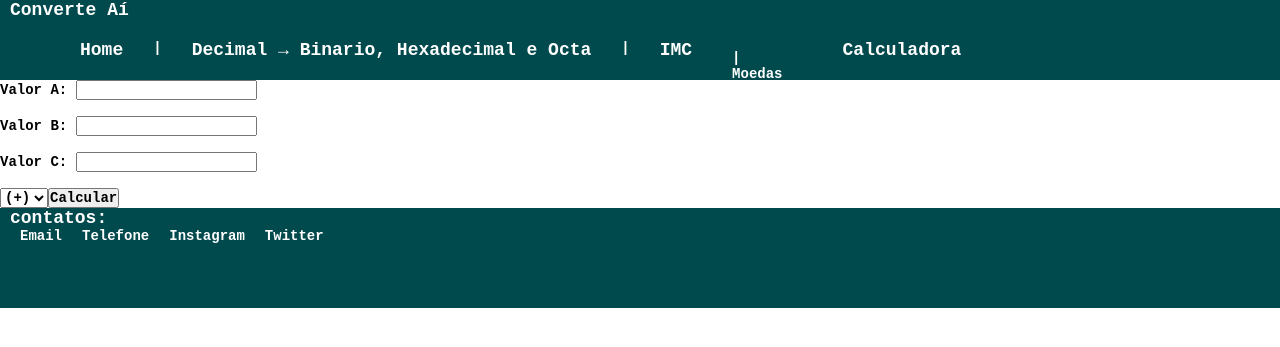
Repository: Frav1u/converteai
Page: ConverteAi/src/main/webapp/META-INF/calculadora.html
An editor plug-in stored every save of this project. The page is shown before and after the next save, followed by the edit.
The browser window is 1280 px wide. The pictures show the whole page.
Some web fonts or font styles are not loaded; a fallback is used.

Above is the page before, as saved 2023-09-30 23:14:16.

### ConverteAi/src/main/webapp/META-INF/calculadora.html
<!DOCTYPE html>
<html>
<head>
	<meta charset="UTF-8">
<title>Decimal Para Binario</title>
<link href="https://fonts.googleapis.com/css2?family=Inter:wght@400;700&family=Space+Mono:wght@400;700&display=swap"
        rel="stylesheet">
    <link rel="stylesheet" href="style.css">
</head>
<body>
		<header>
		<a>Converte Aí</a>
		<nav>
			<ul class="menu">
				<li><a href="home.html">Home</a></li>
				<li>  |  </li>
				<li><a href="decimalParaBinario.html">Decimal → Binario, Hexadecimal e Octa</a></li>
				<li>  |  </li>
				<li><a href="imc.html">IMC</></li>
				<li>  |  </li>
				<li>Moedas</li>
				<li>  |  </li>
				<li><a href="calculadora.html">Calculadora</a></li>
			</ul>
		</nav>
	</header>

	<form action= "Resultado.jsp" method = "get">

		<label>Valor A: </label>
		<input type="text" name="ValorA"><br>
		<br>
		<label>Valor B: </label>
		<input type="text" name="ValorB"><br>
		<br>
		<label>Valor C: </label>
		<input type="text" name="ValorC"><br>
		<br>
	<select name = "opcao"> <br>
    <option value = "+">(+)</option>
    <option value = "-">(-)</option>
    <option value = "*">(*)</option>
   		 <option value = "/">(/)</option>

		</select><input type="Submit" value="Calcular">


	<footer>
		<a>contatos: </a>
		<ul class="contatos">
			<li>Email</li>
			<li>Telefone</li>
			<li>Instagram</li>
			<li>Twitter</li>
		</ul>

	</footer>
</body>

</html>

### ConverteAi/src/main/webapp/style.css
@charset "ISO-8859-1";
* {
    margin: 0;
    padding: 0;
    box-sizing: border-box;
    list-style: none;
    font-family: 'Space Mono', monospace;
    font-weight: 600;
    font-size: 14px;
    outline: none;
}



main{
	height: 860px;
}

a{font-size: 18px;
	margin: 10px;


}

.menu{
	color: white;
	display: flex;
	margin-top: 20px;
	margin-left: 50px;

}

.tituloProposito{
	margin-top: 30px;
	margin-left: 50px;

}


.proposito{
	margin-top: 15px;
	margin-left: 50px;

}

li{
	font-size: 14px;
	margin-left: 20px;

}

header{
	background-color: hsl(183, 100%, 15%);
	color: white;
	height: 80px;

}

.contatos{
	display: flex;
}

footer{
	background-color: hsl(183, 100%, 15%);
	color: white;
	height: 100px;

}

conversorBase{
	    display: flex;
    justify-content: center;
}

 a, a:hover, a:focus, a:active {
      text-decoration: none;
      color: inherit;
 }

After the next save:
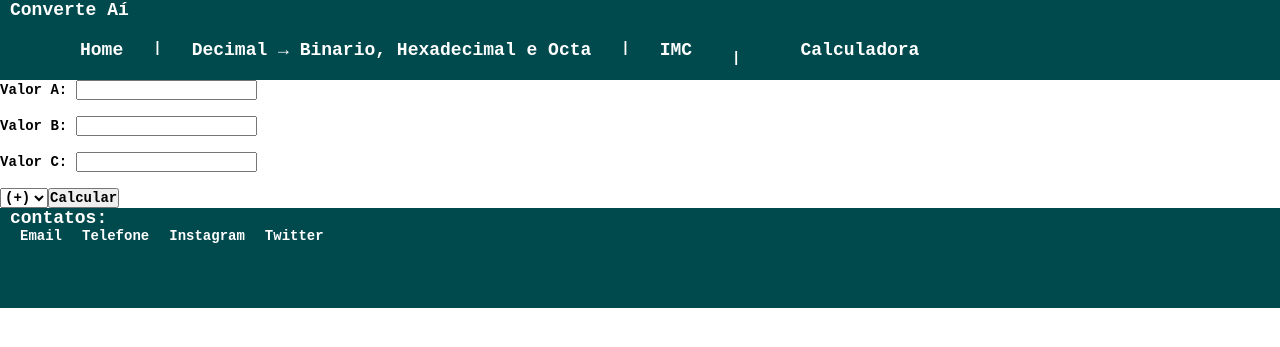
Saved 8 s later.
--- a/ConverteAi/src/main/webapp/META-INF/calculadora.html
+++ b/ConverteAi/src/main/webapp/META-INF/calculadora.html
@@ -17,8 +17,6 @@
 				<li><a href="decimalParaBinario.html">Decimal → Binario, Hexadecimal e Octa</a></li>
 				<li>  |  </li>
 				<li><a href="imc.html">IMC</></li>
-				<li>  |  </li>
-				<li>Moedas</li>
 				<li>  |  </li>
 				<li><a href="calculadora.html">Calculadora</a></li>
 			</ul>
